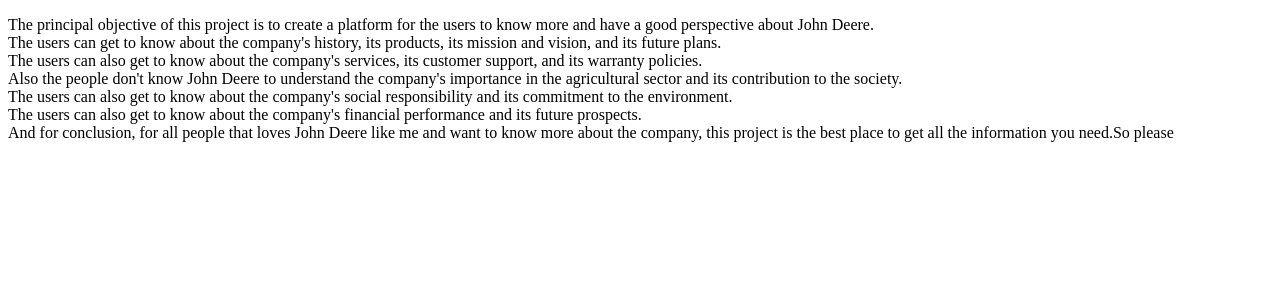
Repository: EduardoJunqueira2004/WEBJohnDeere
Page: aboutus.html
An editor plug-in stored every save of this project. The page is shown before and after a run of saves, followed by the edit.
The browser window is 1280 px wide. The pictures show the whole page.

Above is the page before, as saved 2024-12-05 11:32:06.

After the next 5 saves:
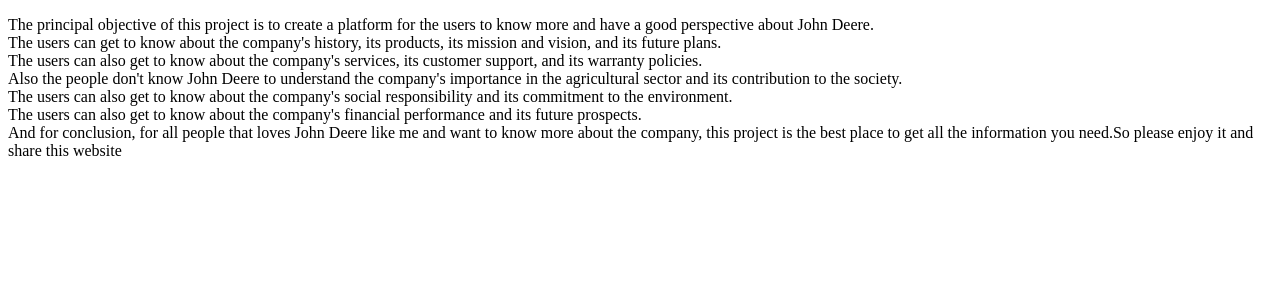
The 5 saves are shown as one change because they came seconds apart.
The last was saved 11 s later.
--- a/aboutus.html
+++ b/aboutus.html
@@ -13,7 +13,7 @@
         Also the people don't know John Deere to understand the company's importance in the agricultural sector and its contribution to the society.<br>
         The users can also get to know about the company's social responsibility and its commitment to the environment.<br>
         The users can also get to know about the company's financial performance and its future prospects.<br>
-        And for conclusion, for all people that loves John Deere like me and want to know more about the company, this project is the best place to get all the information you need.So please
+        And for conclusion, for all people that loves John Deere like me and want to know more about the company, this project is the best place to get all the information you need.So please enjoy it and share this website
     </p>
 </body>
 </html>
